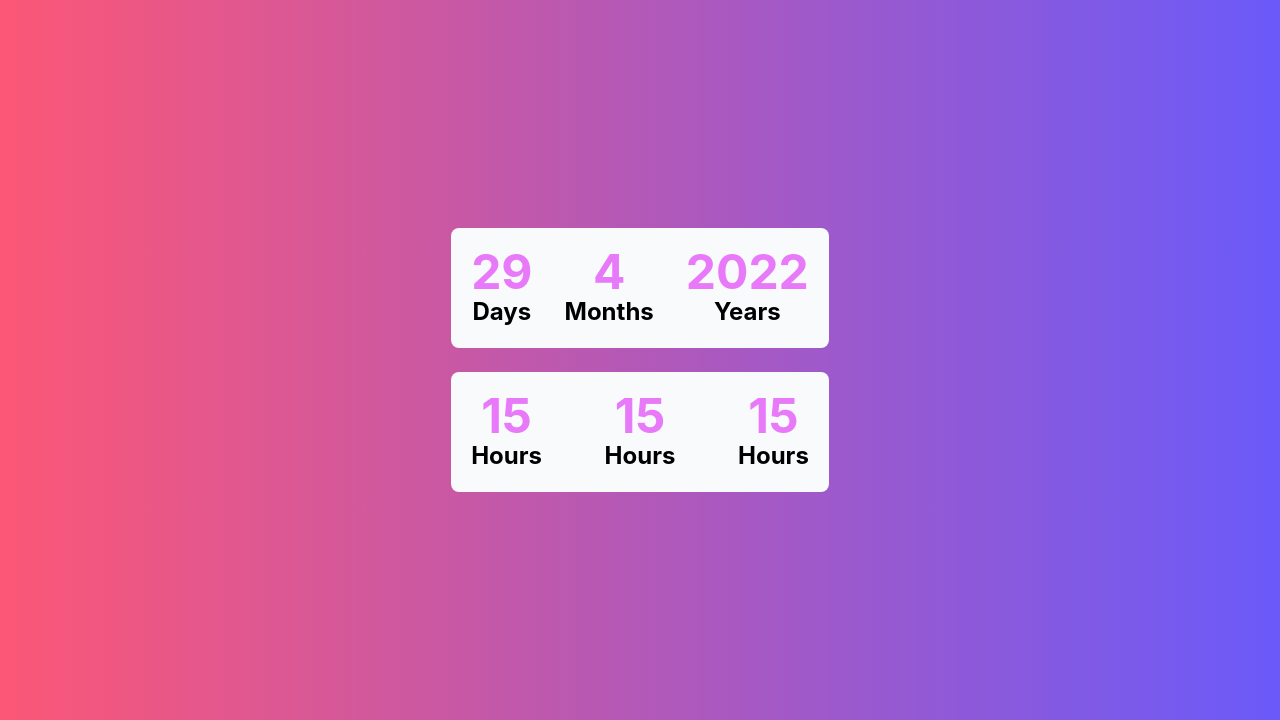
Repository: huynhsang96/bt_codegymHook
Page: /
The author's editor kept a copy of each file at every save. The page is drawn from the files as they stood at one save, then again after the next save.
The browser window is 1280 px wide. The pictures show the whole page.
The project was rebuilt for these pictures with package versions that can differ from the ones it lists, and the page was loaded fresh each time.

Above is the page before, as saved 2022-04-29 16:44:15.

### src/index.js
import React from "react";
import ReactDOM from "react-dom/client";
import "./index.css";
import App from "./App";
import reportWebVitals from "./reportWebVitals";

const root = ReactDOM.createRoot(document.getElementById("root"));
root.render(
	<React.StrictMode>
		<App />
	</React.StrictMode>
);

reportWebVitals();

### src/index.css
body {
	margin: 0;
	font-family: -apple-system, BlinkMacSystemFont, "Segoe UI", "Roboto", "Oxygen",
		"Ubuntu", "Cantarell", "Fira Sans", "Droid Sans", "Helvetica Neue",
		sans-serif;
	-webkit-font-smoothing: antialiased;
	-moz-osx-font-smoothing: grayscale;
}

code {
	font-family: source-code-pro, Menlo, Monaco, Consolas, "Courier New",
		monospace;
}
@tailwind base;
@tailwind components;
@tailwind utilities;

### src/App.js
import "./App.css";
import Clock from "./component/ClockHook/Clock";

function App() {
	return (
		<div>
			<Clock></Clock>
		</div>
	);
}

export default App;

### src/App.css
*,
*::before,
*::after {
	box-sizing: border-box;
}
* {
	margin: 0;
}

html,
body {
	height: 100%;
}
body {
	line-height: 1.5;
	-webkit-font-smoothing: antialiased;
	-webkit-tap-highlight-color: rgba(0, 0, 0, 0);

	background-image: linear-gradient(to right, #fc5776, #6a5af9);
	display: flex;
	justify-content: center;
	align-items: center;
	height: 100vh;
}

img,
picture,
video,
canvas,
svg {
	display: block;
	max-width: 100%;
}
input,
button,
textarea,
select {
	font: inherit;
	outline: none;
	border: none;
}
p,
h1,
h2,
h3,
h4,
h5,
h6 {
	overflow-wrap: break-word;
}

### src/component/ClockHook/Clock.js
import React, { useEffect, useState } from "react";

const Clock = () => {
	const [now, setNow] = useState(new Date());
	useEffect(() => {
		const timer = setInterval(() => {
			setNow(new Date());
		}, 1000);
		return () => clearInterval(timer);
	}, [now]);
	const years = now.getFullYear();
	const months = now.getMonth() + 1;
	const days = now.getDate();
	const hours = now.getHours();
	const minutes = now.getMinutes();
	const seconds = now.getSeconds();

	// console.log(seconds < 10 ? "0" + seconds : seconds);

	return (
		<div className="p-5 w-full h-full mx-auto">
			<ul className="flex flex-row gap-8 bg-slate-50 p-5 rounded-lg">
				<li className="flex flex-col justify-center text-center">
					<span className="font-bold text-5xl text-fuchsia-400">{days}</span>
					<span className="font-bold text-2xl">Days</span>
				</li>
				<li className="flex flex-col justify-center text-center">
					<span className="font-bold text-5xl text-fuchsia-400">{months}</span>
					<span className="font-bold text-2xl">Months</span>
				</li>
				<li className="flex flex-col justify-center text-center">
					<span className="font-bold text-5xl text-fuchsia-400">{years}</span>
					<span className="font-bold text-2xl">Years</span>
				</li>
			</ul>
			<br></br>
			<ul className="flex flex-row justify-between bg-slate-50 p-5 rounded-lg">
				<li className="flex flex-col justify-center text-center">
					<span className="font-bold text-5xl text-fuchsia-400">{hours}</span>
					<span className="font-bold text-2xl">Hours</span>
				</li>
				<li className="flex flex-col justify-center text-center">
					<span className="font-bold text-5xl text-fuchsia-400">{hours}</span>
					<span className="font-bold text-2xl">Hours</span>
				</li>
				<li className="flex flex-col justify-center text-center">
					<span className="font-bold text-5xl text-fuchsia-400">{hours}</span>
					<span className="font-bold text-2xl">Hours</span>
				</li>
			</ul>
		</div>
	);
};

export default Clock;

Loaded but not shown: public/index.html (common file); src/reportWebVitals.js (common file); tailwind.config.js (common file)

After the next save:
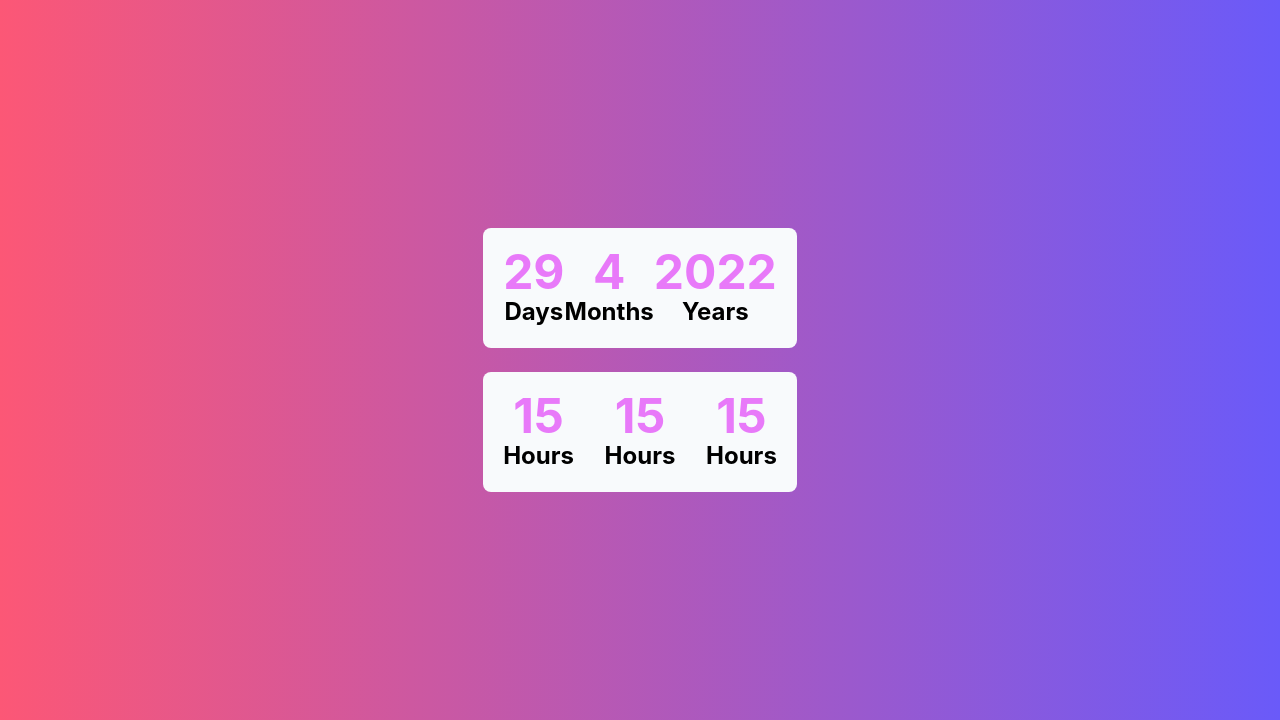
Saved 12 s later.
--- a/src/component/ClockHook/Clock.js
+++ b/src/component/ClockHook/Clock.js
@@ -19,7 +19,7 @@ const Clock = () => {
 
 	return (
 		<div className="p-5 w-full h-full mx-auto">
-			<ul className="flex flex-row gap-8 bg-slate-50 p-5 rounded-lg">
+			<ul className="flex flex-row justify-between bg-slate-50 p-5 rounded-lg">
 				<li className="flex flex-col justify-center text-center">
 					<span className="font-bold text-5xl text-fuchsia-400">{days}</span>
 					<span className="font-bold text-2xl">Days</span>
